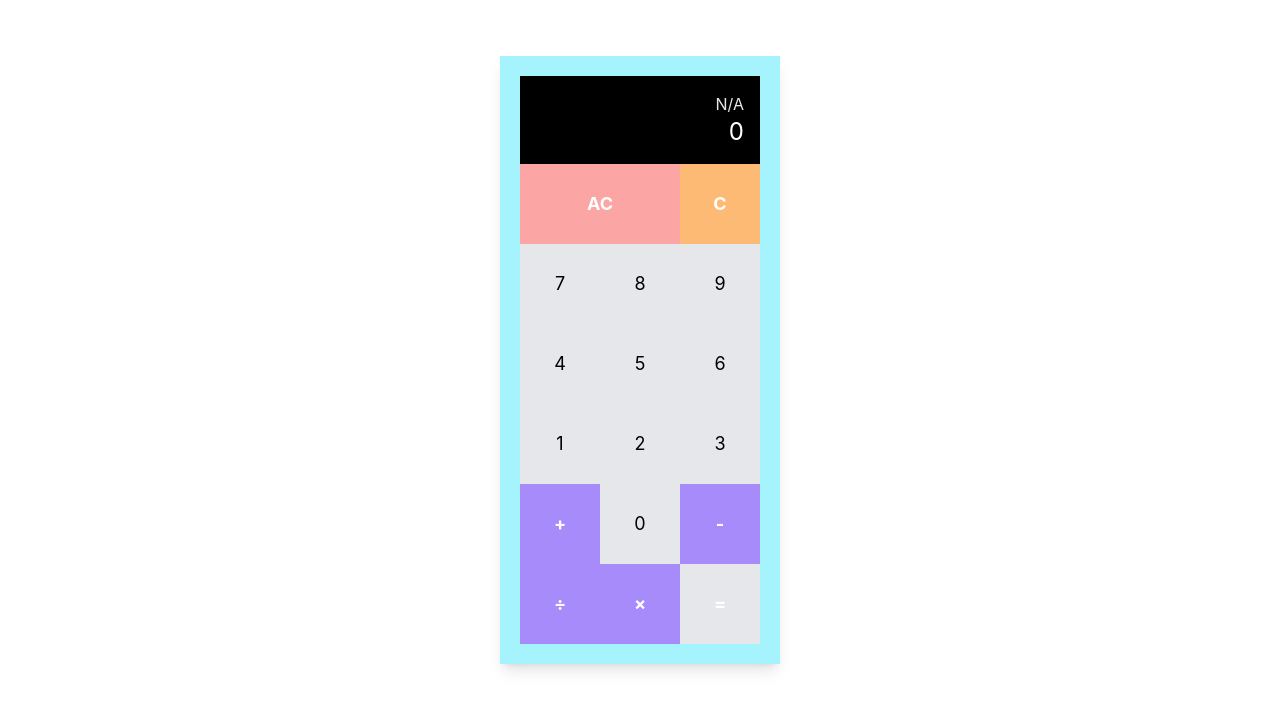
Repository: BrianPhamDev/calculator_app
Page: /
These files come from the project's save history. The page is drawn as it stood at one moment and after the next save; the edit follows.
The browser window is 1280 px wide. The pictures show the whole page.
The project was rebuilt for these pictures with package versions that can differ from the ones it lists, and the page was loaded fresh each time. Also part of the build but not shown: vite.config.js.

Above is the page before, as saved 2024-01-09 16:58:27.

After the next save:
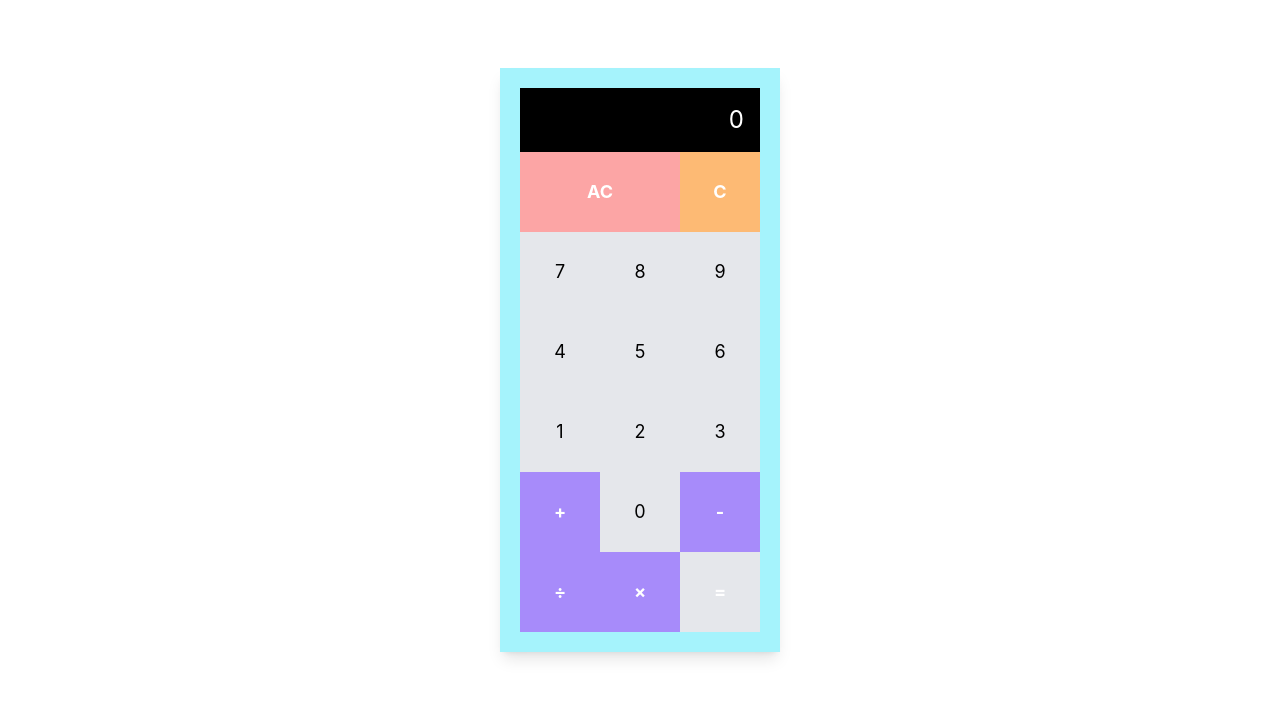
Saved 31 s later.
--- a/src/components/Calculator.jsx
+++ b/src/components/Calculator.jsx
@@ -139,7 +139,7 @@
     <div className="border-[20px] border-cyan-200 shadow-lg">
       <div className="w-60 h-fit bg-black text-white flex flex-col items-end justify-around px-4 py-4 break-words break-all">
         <div className="previous text-gray-200">
-          {previousOperand || "N/A"} {operation}
+          {previousOperand} {operation}
         </div>
         <div className="current text-2xl">{currentOperand || "0"}</div>
       </div>

After the save that followed:
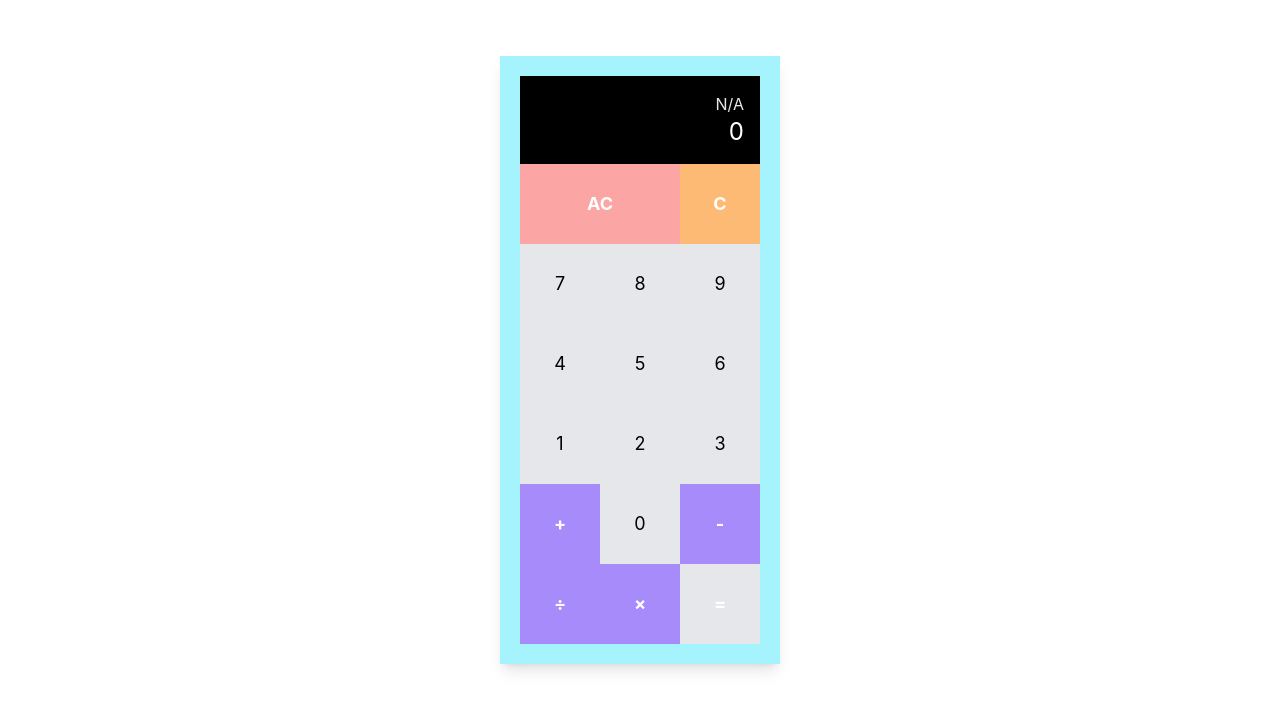
Saved 4 s later.
--- a/src/components/Calculator.jsx
+++ b/src/components/Calculator.jsx
@@ -139,7 +139,7 @@
     <div className="border-[20px] border-cyan-200 shadow-lg">
       <div className="w-60 h-fit bg-black text-white flex flex-col items-end justify-around px-4 py-4 break-words break-all">
         <div className="previous text-gray-200">
-          {previousOperand} {operation}
+          {previousOperand || "N/A"} {operation}
         </div>
         <div className="current text-2xl">{currentOperand || "0"}</div>
       </div>
